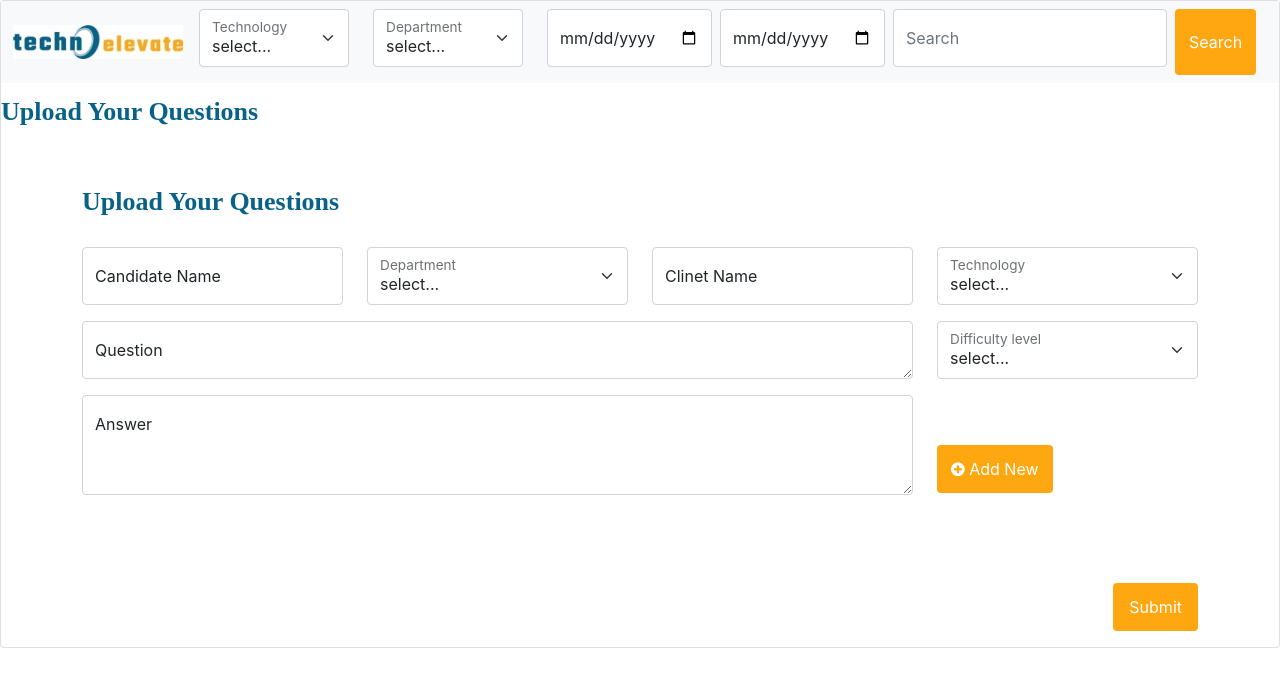
Repository: aajoshi3/casestudy
Page: /
The author's editor kept a copy of each file at every save. The page is drawn from the files as they stood at one save, then again after the next save.
The browser window is 1280 px wide. The pictures show the whole page.
The project was rebuilt for these pictures with package versions that can differ from the ones it lists, and the page was loaded fresh each time. Also part of the build but not shown: src/components/CustomNavbar3.js, src/components/SearchView.js.

Above is the page before, as saved 2021-10-10 17:40:49.

### public/index.html
<!DOCTYPE html>
<html lang="en">
  <head>
    <meta charset="utf-8" />
    <link rel="icon" href="%PUBLIC_URL%/favicon.ico" />
    <meta name="viewport" content="width=device-width, initial-scale=1" />
    <meta name="theme-color" content="#000000" />
    <meta
      name="description"
      content="Web site created using create-react-app"
    />
    <link rel="apple-touch-icon" href="%PUBLIC_URL%/logo192.png" />
    <link
    rel="stylesheet"
    href="https://cdn.jsdelivr.net/npm/bootstrap@5.1.1/dist/css/bootstrap.min.css"
    integrity="sha384-F3w7mX95PdgyTmZZMECAngseQB83DfGTowi0iMjiWaeVhAn4FJkqJByhZMI3AhiU"
    crossorigin="anonymous">
    <link rel="stylesheet" href="https://cdnjs.cloudflare.com/ajax/libs/font-awesome/4.7.0/css/font-awesome.min.css">
  <link href="/your-path-to-fontawesome/css/fontawesome.css" rel="stylesheet">
    <link href="/your-path-to-fontawesome/css/brands.css" rel="stylesheet">
    <link href="/your-path-to-fontawesome/css/solid.css" rel="stylesheet">

    <link href="https://cdn.jsdelivr.net/npm/bootstrap@5.0.0-beta3/dist/css/bootstrap.min.css" rel="stylesheet" integrity="sha384-eOJMYsd53ii+scO/bJGFsiCZc+5NDVN2yr8+0RDqr0Ql0h+rP48ckxlpbzKgwra6" crossorigin="anonymous">

    <!--
      manifest.json provides metadata used when your web app is installed on a
      user's mobile device or desktop. See https://developers.google.com/web/fundamentals/web-app-manifest/
    -->
    <link rel="manifest" href="%PUBLIC_URL%/manifest.json" />
    <!--
      Notice the use of %PUBLIC_URL% in the tags above.
      It will be replaced with the URL of the `public` folder during the build.
      Only files inside the `public` folder can be referenced from the HTML.

      Unlike "/favicon.ico" or "favicon.ico", "%PUBLIC_URL%/favicon.ico" will
      work correctly both with client-side routing and a non-root public URL.
      Learn how to configure a non-root public URL by running `npm run build`.
    -->
    <title>React App</title>
  </head>
  <body>
    <noscript>You need to enable JavaScript to run this app.</noscript>
    <div id="root"></div>
    <!--
      This HTML file is a template.
      If you open it directly in the browser, you will see an empty page.

      You can add webfonts, meta tags, or analytics to this file.
      The build step will place the bundled scripts into the <body> tag.

      To begin the development, run `npm start` or `yarn start`.
      To create a production bundle, use `npm run build` or `yarn build`.
    -->
  </body>
</html>

### src/App.js
// import Button from '@restart/ui/esm/Button';
import { Col,  Container,  FloatingLabel, Row } from 'react-bootstrap';
import {Card} from "react-bootstrap"
import './App.css';
import UploadQuestion from './components/UploadQuestion';
import{Form} from "react-bootstrap"
// import CustomNavbar from './components/CustomNavbar';
import CustomNavbar3 from './components/CustomNavbar3';
// import CustomNav2 from './components/CustomNav2';
import CustomNavbar from './components/CustomNavbar'
import routing from './router';
import { BrowserRouter } from 'react-router-dom';

function App() {
  return (
    <BrowserRouter>
    <div className="App">

<Card>
<CustomNavbar />
{routing}
{/* <CustomNav2 /> */}
{/* <CustomNavbar3 /> */}
  <Card.Body>

<Container>
<UploadQuestion />
<Row xs={1} sm={2} md={4} lg={4}>

<Col  ><FloatingLabel  controlId="floatingInput"  label="Candidate Name"  className="mb-3"  size ="md"  id=''>
<Form.Control type="text" placeholder=" hi" />
  </FloatingLabel></Col>

    <Col><FloatingLabel controlId="floatingSelect" label="Department" className="mb-3">
  <Form.Select aria-label="Floating label select example">
    <option>select... </option>
    <option value="1">HR</option>
    <option value="2">IT</option>
    <option value="3">ACCOUNTS</option>
  </Form.Select>
</FloatingLabel></Col>

<Col  ><FloatingLabel  controlId="floatingInput"  label="Clinet Name"  className="mb-3"  size ="md"  id=''>
<Form.Control type="text" placeholder=" hi" />
  </FloatingLabel></Col>

    <Col>

    <FloatingLabel controlId="floatingSelect" label="Technology" className="mb-3">
  <Form.Select aria-label="Floating label select example">
    <option> select...</option>
    <option value="1">React.js</option>
    <option value="2">vue.js</option>
    <option value="3">Angular</option>
    <option value="3">Python</option>
    <option value="3">next.js</option>


  </Form.Select>
</FloatingLabel></Col>
  </Row>
</Container>
<Container >
  <Row  >
  <Col lg={9}     >
  <FloatingLabel    controlId="floatingTextarea" label="Question" className="mb-3">
    <Form.Control as="textarea" placeholder="x" />
  </FloatingLabel>
  </Col>


  <Col lg={3}  md={{ order: 'first' }}  xs={{order: 'first'}} lg={{order:'last'}}   >

  <FloatingLabel controlId="floatingSelect" label="Difficulty level" className="mb-3">
  <Form.Select aria-label="Floating label select example">
    <option> select...</option>
    <option value="1">Easy</option>
    <option value="2">Intermediate</option>
    <option value="3">Expert</option>
  </Form.Select>
</FloatingLabel>
  </Col>
  </Row>

</Container>

<Container   style={{ width: 'white' }}      >
<Row>
      <Col lg={9} >
      <FloatingLabel className="mb-3 " controlId="floatingTextarea2" label="Answer">
    <Form.Control
      as="textarea"
      placeholder=" x"
      style={{ height: '100px' }}
    />
  </FloatingLabel>
   </Col>
   <Col lg={3}     >
   {/* <Button variant="warning"  style={{ color: 'white' }} ><i class="fas fa-plus-circle"></i> Add New </Button> */}
   <button className="btn"    id="button1" ><i className="fa fa-plus-circle"></i> Add New</button>
   </Col>
    </Row>
</Container>

<br/>
<br/>
<br/>


    <Container>
    <button   className="btn1"   style={{ color: 'white' }}  > Submit </button>
    </Container>
      </Card.Body>
      </Card>
    </div>
    </BrowserRouter>
  );
}

export default App;

### src/App.css
p{
  text-align: left;
font: normal normal bold 40px/58px Sitka Banner;
letter-spacing: 0px;
color: #086288;
font-size: 26px;
}

input::placeholder{
  color:#086288 ;
}
.mb-3:focus + .form-label {
  color: red;
}

 Container{
  color:#086288 ;

 }
 .btn {
  background-color: rgb(254, 167, 16); /* Blue background */
  border: none; /* Remove borders */
  color: white; /* White text */
  padding: 12px 14px; /* Some padding */
  font-size: 16px; /* Set a font size */
  cursor: pointer; /* Mouse pointer on hover */
  /* margin-top: 50px; */
}

#button1{
  margin-top: 50px;
}
/* Darker background on mouse-over */
.btn:hover {
  background-color: rgb(225, 193, 65);
  color: white; /* White text */

}
.btn1{
  float: right;
  background-color: rgb(254, 167, 16); /* Blue background */
  border: none; /* Remove borders */
  color: white; /* White text */
  padding: 12px 16px; /* Some padding */
  font-size: 16px; /* Set a font size */
  border-radius: 4px;
}
.FloatingLabel:focus::-webkit-input-label {
  color: red;
}
.form-control:focus {
  border-color: #086288;
  box-shadow: 0px 1px 1px rgba(0, 0, 0, 0.075) inset;
}
.form-select:focus{
  border-color: #086288c4;
  box-shadow: 0px 1px 1px rgba(0, 0, 0, 0.075) inset;
}

@media only screen and (max-width: 1000px) {
  .btn {
    float: right;
    margin:0 px;
  }
  #button1{
    margin-top: 0px;
  }
}

#Floating-label1{
  width: 150px;
}
#Floating-label2{
  width: 150px;
  height: auto;
}

@media only screen and (max-width: 1000px) {
  #Floating-label1{
    width: 100%;
  }
  }
  @media only screen and (max-width: 1000px) {
    #Floating-label2{
      width: 100%;
    }
    }

    #date1{
      width: 165px;
      padding: 12px;
    }
    @media only screen and (max-width: 1000px) {
      #date1{
        width: 100%;
      }
      }


      #searchWidth{
  height: auto;
      padding: 16px;
      }

@media only screen and (max-width: 1000px) {
  #searchWidth{
  height: auto;
    width: 100%;
  }
      }
      #button5{
        color: white;
        background-color:#ffa408;
        border: 1px solid #FFC008 ;
        border-radius: 4px;
        padding:0 10px ;
      }

### src/components/UploadQuestion.js
import React from 'react'
// import { Form } from 'react-bootstrap'
// import FloatingLabel from "react-bootstrap-floating-label";
// import Dropdown from 'react-dropdown';
// import { DropdownButton } from 'react-bootstrap';
// import {DropdownToggle} from '@restart/ui/esm/DropdownToggle';
// import {DropdownItem} from '@restart/ui/esm/DropdownItem';
// import 'react-dropdown/style.css';
// import{Container,Row,Col} from "react-bootstrap"



function UploadQuestion() {

          return (
                    <div>
                              <p>Upload Your Questions</p>

                    </div>
          )
}

export default UploadQuestion

### src/components/CustomNavbar.js

import React from 'react'
import { Button,  Container,  FloatingLabel,  Form, FormControl,  Nav, Navbar} from 'react-bootstrap'
import { withRouter } from 'react-router-dom';
// import logo from "./TeLogo"


function CustomNavbar(props) {



    const navigateToHome=()=>{
      console.log(props);
      props.history.push('/')
    }

    const navigateToSearch=()=>{
      console.log(props);
      props.history.push('/Search')
    }
  return (
    <div>

      <div>

      </div>

  <Navbar bg="light" expand="lg"   >
  <Container fluid>
    <Navbar.Brand href="">

      <div><img src={require('../image/logo2.jpg').default}   style={{width:"170px"}} onClick={navigateToHome}  alt="Loading" /></div>

    </Navbar.Brand>

    <Navbar.Toggle aria-controls="navbarScroll" />
    <Navbar.Collapse id="navbarScroll"  >
      <Nav
        className="me-auto my-2 my-lg-0"

        navbarScroll
      >


<FloatingLabel    id="Floating-label1"      className="  me-4  mb-2  form-group  lg"  controlId="floatingSelect" label="Technology" >
  <Form.Select     className="form-control" aria-label="Floating label select example"   >
    <option> select...</option>
    <option value="1">React.js</option>
    <option value="2">vue.js</option>
    <option value="3">Angular</option>
    <option value="3">Python</option>
    <option value="3">next.js</option>
  </Form.Select>
</FloatingLabel>


<FloatingLabel  id="Floating-label2"  className=" me-4  mb-2  form-group  lg" controlId="floatingSelect" label="Department" >
  <Form.Select  className="form-control" aria-label="Floating label select example">
    <option>select... </option>
    <option value="1">HR</option>
    <option value="2">IT</option>
    <option value="3">ACCOUNTS</option>
  </Form.Select>
</FloatingLabel>

      <Form className="d-flex"  >
        <FormControl  id="date1" label="From date"
          type="date"
          placeholder="From Date"
          className="me-2 mb-2"
          aria-label="Search"
          />
      </Form>

      <Form className="d-flex  form-group">
        <FormControl id="date1"
          type="date"
          placeholder="To Date "
          className="me-2 mb-2"
          aria-label="Search"
          />

      </Form     >
      <Form className="d-flex "  >
        <FormControl className="form-group"
          type="search"
          placeholder="Search"
          className="me-2 mb-2"
          aria-label="Search"
          />
        <Button variant="warning" onClick={navigateToSearch}>Search</Button>
      </Form>
          </Nav>
    </Navbar.Collapse>
  </Container>
</Navbar>
    </div>
  )
}

export default withRouter(CustomNavbar)
// export default CustomNavbar

### src/router.js
import { BrowserRouter, Route} from "react-router-dom";
import UploadQuestion from './components/UploadQuestion'
import SearchView from "./components/SearchView";
const routing=(

  <div>
    <Route exact path='/' component={UploadQuestion}/>
    <Route exact path='/Search' component={SearchView}/>
    </div>

)
export default routing

Loaded but not shown: src/index.js (common file); src/index.css (common file); src/reportWebVitals.js (common file)

After the next save:
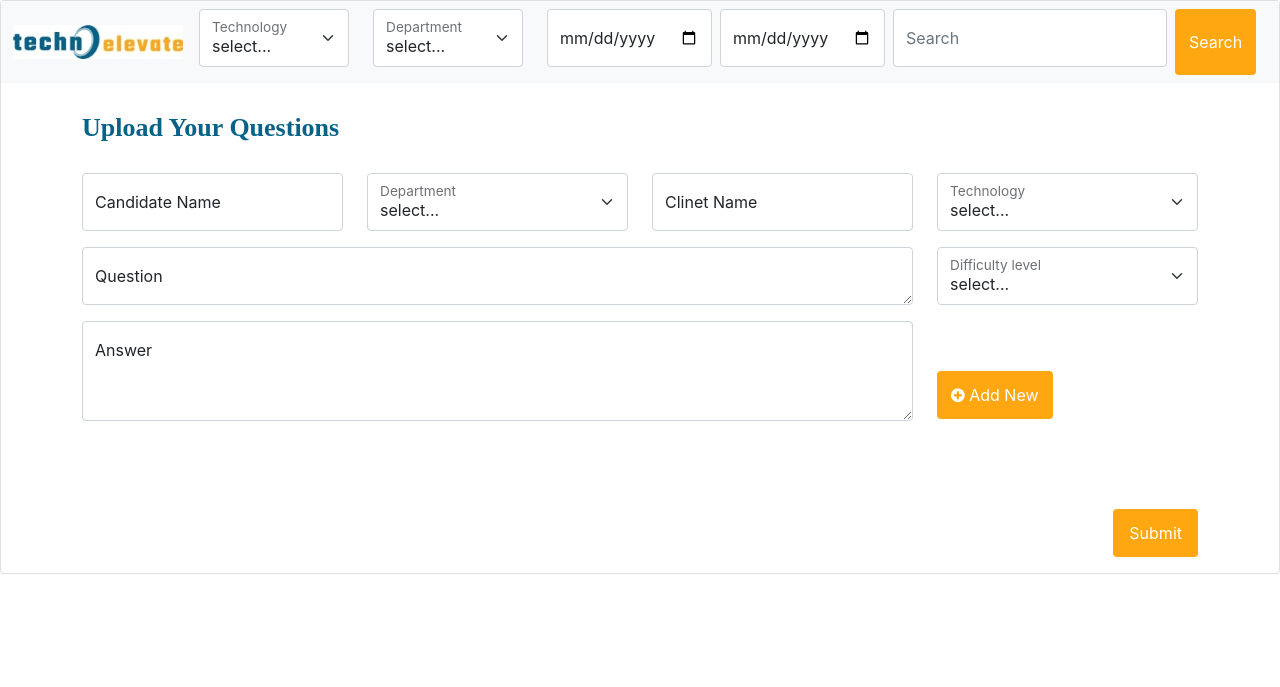
Saved 2 min 0 s later.
--- a/src/router.js
+++ b/src/router.js
@@ -4,7 +4,7 @@ import SearchView from "./components/SearchView";
 const routing=(
 
   <div>
-    <Route exact path='/' component={UploadQuestion}/>
+    {/* <Route exact path='/' component={UploadQuestion}/> */}
     <Route exact path='/Search' component={SearchView}/>
     </div>
 
